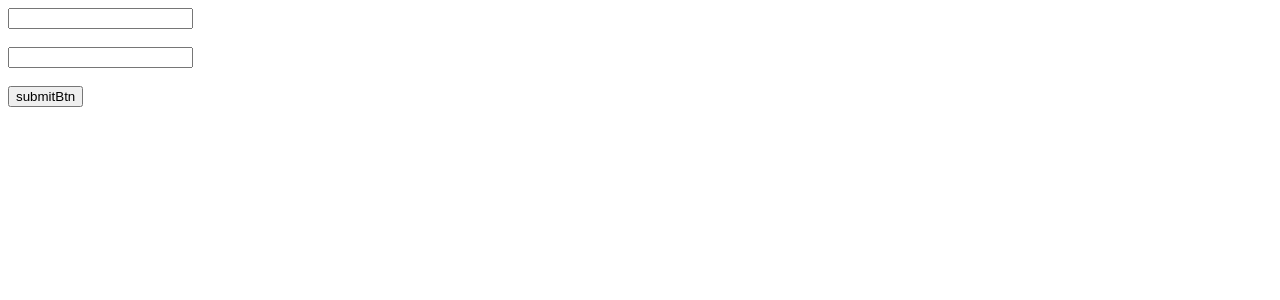
Repository: yashikagoyal98/springrepo
Page: http://localhost/LoginSpringApp/login.jsp
These files come from the project's save history. The page is drawn as it stood at one moment and after the next save; the edit follows.
The browser window is 1280 px wide. The pictures show the whole page.
The page is served by Tomcat 9.

Above is the page before, as saved 2019-07-31 11:45:36.

After the next save:
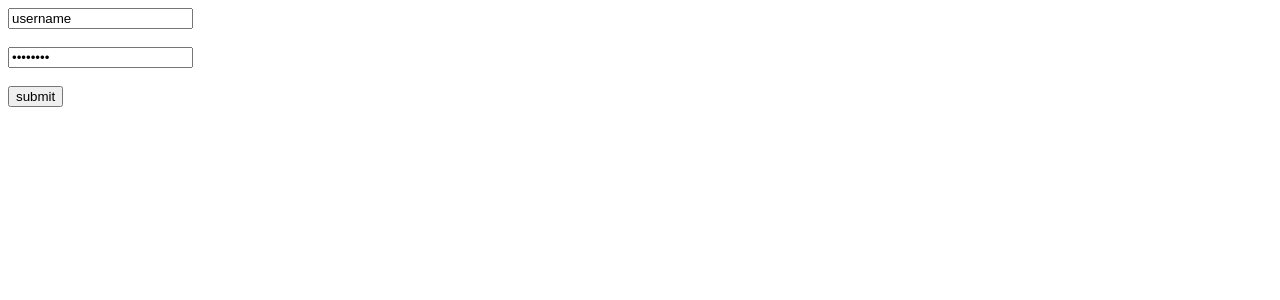
Saved 72 s later.
--- a/LoginSpringApp/WebContent/login.jsp
+++ b/LoginSpringApp/WebContent/login.jsp
@@ -8,13 +8,13 @@
 </head>
 <body>
  <form id = "myform"  >
-        <input type ="username" name="login">
+        <input type ="username" name="login" value="username">
         <br>
         <br>
-        <input type="password" name="password">
+        <input type="password" name="password" value="password">
         <br>
         <br>
-        <input type="submit" value="submitBtn" value = 'Submit'>
+        <input type="submit" value="submit" value = 'Submit'>
     </form>
 </body>
 </html>
